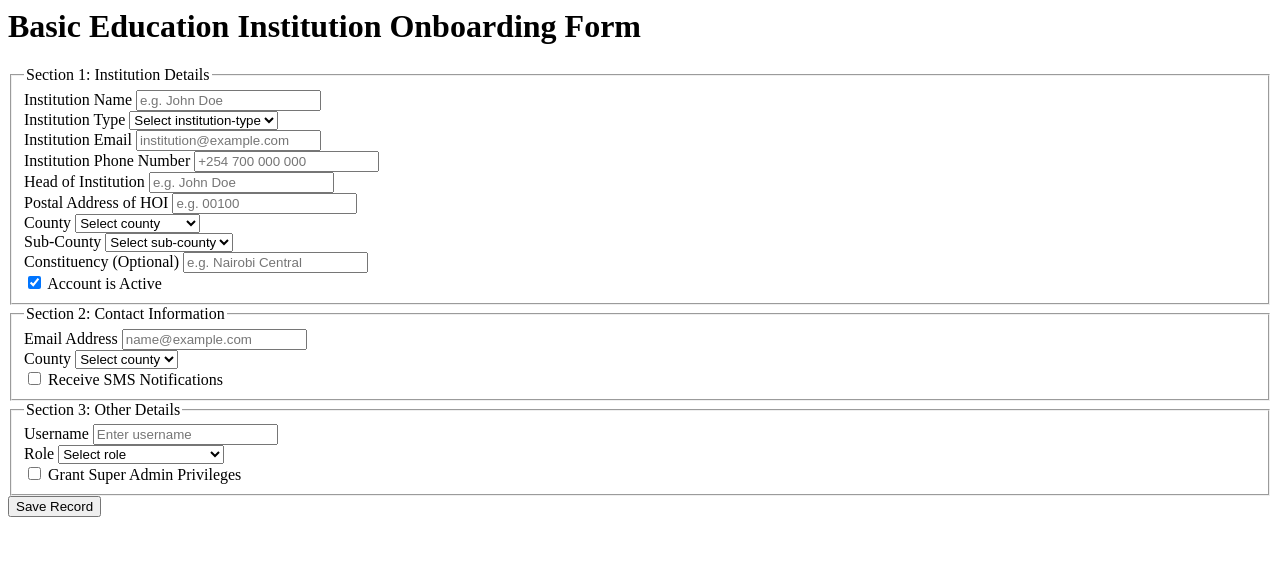
Repository: ndirituart/KEMIS
Page: angular-client/src/app/pages/basic-education/basic-education.html
These files come from the project's save history. The page is drawn as it stood at one moment and after the next save; the edit follows.
The browser window is 1280 px wide. The pictures show the whole page.

Above is the page before, as saved 2026-10-19 18:00:10.

### angular-client/src/app/pages/basic-education/basic-education.html
<div class="kemis-form-wrapper">
<form class="kemis-form" (ngSubmit)="onSubmit()" #myForm="ngForm">
<h1 class="text-center mb-4">Basic Education Institution Onboarding Form</h1>
  <!-- ========================================== -->
  <!-- Section 1: Institution Details                -->
  <!-- ========================================== -->
  <fieldset class="mb-4 p-3 border rounded">
    <legend class="float-none w-auto px-2 fs-5 fw-bold text-primary">Section 1: Institution Details</legend>

    <div class="row g-3">
      <!-- Institution Name -->
      <div class="col-md-6">
        <label for="fullName" class="form-label fw-semibold">Institution Name</label>
        <input type="text" class="form-control" id="fullName" name="fullName" placeholder="e.g. John Doe" required>
      </div>

      <!-- Type of School based on Gender -->
      <div class="col-md-6">
        <label for="institution-type" class="form-label fw-semibold">Institution Type</label>
        <select class="form-select" id="institution-type" name="institution-type" required>
          <option value="" disabled selected>Select institution-type</option>
          <option value="Boy's School">Boy's School</option>
          <option value="Girl's School">Girl's School</option>
          <option value="Mixed School">Mixed School</option>
        </select>
      </div>

      <!-- Institution Email -->
      <div class="col-md-6">
        <label for="emailId" class="form-label fw-semibold">Institution Email</label>
        <input type="email" class="form-control" id="emailId" name="emailId" placeholder="institution@example.com" required>
      </div>

      <!-- Institution Phone Number -->
      <div class="col-md-6">
        <label for="phoneNumber" class="form-label fw-semibold">Institution Phone Number</label>
        <input type="tel" class="form-control" id="phoneNumber" name="phoneNumber" placeholder="+254 700 000 000" required>
      </div>

      <!-- Head of Institution -->
      <div class="col-md-6">
        <label for="headOfInstitution" class="form-label fw-semibold">Head of Institution</label>
        <input type="text" class="form-control" id="headOfInstitution" name="headOfInstitution" placeholder="e.g. John Doe" required>
      </div>

      <!-- Postal Address of HOI -->
      <div class="col-md-6">
        <label for="postalAddressHoi" class="form-label fw-semibold">Postal Address of HOI</label>
        <input type="text" class="form-control" id="postalAddressHoi" name="postalAddressHoi" placeholder="e.g. 00100" required>
      </div>

      <!--County List-->
      <div class="col-md-6">
        <label for="county" class="form-label fw-semibold">County</label>
        <select class="form-select" id="county" name="county" required>
          <option value="" disabled selected>Select county</option>
      <option value="baringo">Baringo</option>
      <option value="bomet">Bomet</option>
      <option value="bungoma">Bungoma</option>
      <option value="busia">Busia</option>
      <option value="elgeyo marakwet">Elgeyo Marakwet</option>
      <option value="embu">Embu</option>
      <option value="garissa">Garissa</option>
      <option value="homa bay">Homa Bay</option>
      <option value="isiolo">Isiolo</option>
      <option value="kajiado">Kajiado</option>
      <option value="kakamega">Kakamega</option>
      <option value="kericho">Kericho</option>
      <option value="kiambu">Kiambu</option>
      <option value="kilifi">Kilifi</option>
      <option value="kirinyaga">Kirinyaga</option>
      <option value="kisii">Kisii</option>
      <option value="kisumu">Kisumu</option>
      <option value="kitui">Kitui</option>
      <option value="kwale">Kwale</option>
      <option value="laikipia">Laikipia</option>
      <option value="lamu">Lamu</option>
      <option value="machakos">Machakos</option>
      <option value="makueni">Makueni</option>
      <option value="mandera">Mandera</option>
      <option value="meru">Meru</option>
      <option value="migori">Migori</option>
      <option value="marsabit">Marsabit</option>
      <option value="mombasa">Mombasa</option>
      <option value="muranga">Muranga</option>
      <option value="nairobi">Nairobi</option>
      <option value="nakuru">Nakuru</option>
      <option value="nandi">Nandi</option>
      <option value="narok">Narok</option>
      <option value="nyamira">Nyamira</option>
      <option value="nyandarua">Nyandarua</option>
      <option value="nyeri">Nyeri</option>
      <option value="samburu">Samburu</option>
      <option value="siaya">Siaya</option>
      <option value="taita taveta">Taita Taveta</option>
      <option value="tana river">Tana River</option>
      <option value="tharaka nithi">Tharaka Nithi</option>
      <option value="trans nzoia">Trans Nzoia</option>
      <option value="turkana">Turkana</option>
      <option value="uasin gishu">Uasin Gishu</option>
      <option value="vihiga">Vihiga</option>
      <option value="wajir">Wajir</option>
      <option value="pokot">West Pokot</option>
  </select>
      </div>

      <!--TO-DO: Nestsed array for Sub-County List dependent on county chosen-->
      <div class="col-md-6">
        <label for="subCounty" class="form-label fw-semibold">Sub-County</label>
        <select class="form-select" id="subCounty" name="subCounty" required>
          <option value="" disabled selected>Select sub-county</option>
        </select>
      </div>

      <!--Constituency Name OPTIONAL-->
      <div class="col-md-6">
        <label for="constituency" class="form-label fw-semibold">Constituency (Optional)</label>
        <input type="text" class="form-control" id="constituency" name="constituency" placeholder="e.g. Nairobi Central">
      </div>

      <!--Institution Postal Address-->


      <!-- Boolean Toggle (Switch) -->
      <div class="col-12 mt-3">
        <div class="form-check form-switch">
          <input class="form-check-input" type="checkbox" role="switch" id="isActive" name="isActive" checked>
          <label class="form-check-label fw-semibold" for="isActive">Account is Active</label>
        </div>
      </div>
    </div>
  </fieldset>

  <!-- ========================================== -->
  <!-- SECTION 2: Coordinates            -->
  <!-- ========================================== -->
  <fieldset class="mb-4 p-3 border rounded">
    <legend class="float-none w-auto px-2 fs-5 fw-bold text-primary">Section 2: Contact Information</legend>

    <div class="row g-3">
      <!-- Text Input -->
      <div class="col-md-6">
        <label for="emailId" class="form-label fw-semibold">Email Address</label>
        <input type="emailId" class="form-control" id="emailId" name="emailId" placeholder="name@example.com" required>
      </div>

      <!-- Dropdown -->
      <div class="col-md-6">
        <label for="county" class="form-label fw-semibold">County</label>
        <select class="form-select" id="county" name="county" required>
          <option value="" disabled selected>Select county</option>
          <option value="Nairobi">Nairobi</option>
          <option value="Mombasa">Mombasa</option>
          <option value="Kisumu">Kisumu</option>
        </select>
      </div>

      <!-- Boolean Toggle -->
      <div class="col-12 mt-3">
        <div class="form-check form-switch">
          <input class="form-check-input" type="checkbox" role="switch" id="receiveSms" name="receiveSms">
          <label class="form-check-label fw-semibold" for="receiveSms">Receive SMS Notifications</label>
        </div>
      </div>
    </div>
  </fieldset>

  <!-- ========================================== -->
  <!-- SECTION 3: Other Details                -->
  <!-- ========================================== -->
  <fieldset class="mb-4 p-3 border rounded">
    <legend class="float-none w-auto px-2 fs-5 fw-bold text-primary">Section 3: Other Details</legend>

    <div class="row g-3">
      <!-- Text Input -->
      <div class="col-md-6">
        <label for="username" class="form-label fw-semibold">Username</label>
        <input type="text" class="form-control" id="username" name="username" placeholder="Enter username" required>
      </div>

      <!-- Dropdown -->
      <div class="col-md-6">
        <label for="role" class="form-label fw-semibold">Role</label>
        <select class="form-select" id="role" name="role" required>
          <option value="" disabled selected>Select role</option>
          <option value="Admin">Admin</option>
          <option value="IT Officer">IT Officer</option>
          <option value="Head of Institution (HOI)">Head of Institution (HOI)</option>
        </select>
      </div>

      <!-- Boolean Toggle -->
      <div class="col-12 mt-3">
        <div class="form-check form-switch">
          <input class="form-check-input" type="checkbox" role="switch" id="isSuperAdmin" name="isSuperAdmin">
          <label class="form-check-label fw-semibold" for="isSuperAdmin">Grant Super Admin Privileges</label>
        </div>
      </div>
    </div>
  </fieldset>

  <!-- Submit Button -->
  <div class="d-grid gap-2 mt-4">
    <button type="submit" class="btn btn-primary btn-lg">Save Record</button>
  </div>

</form>
</div>

After the next save:
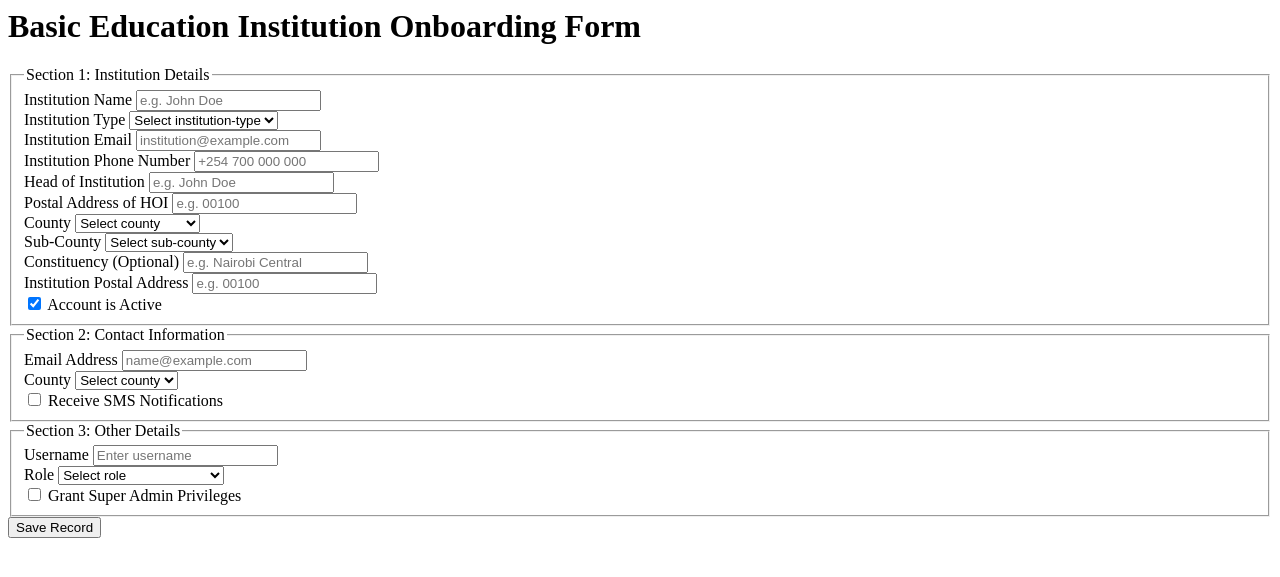
Saved 4 s later.
--- a/angular-client/src/app/pages/basic-education/basic-education.html
+++ b/angular-client/src/app/pages/basic-education/basic-education.html
@@ -119,7 +119,10 @@
       </div>
 
       <!--Institution Postal Address-->
-
+      <div class="col-md-6">
+        <label for="postalAddress" class="form-label fw-semibold">Institution Postal Address</label>
+        <input type="text" class="form-control" id="postalAddress" name="postalAddress" placeholder="e.g. 00100" required>
+      </div>
 
       <!-- Boolean Toggle (Switch) -->
       <div class="col-12 mt-3">
